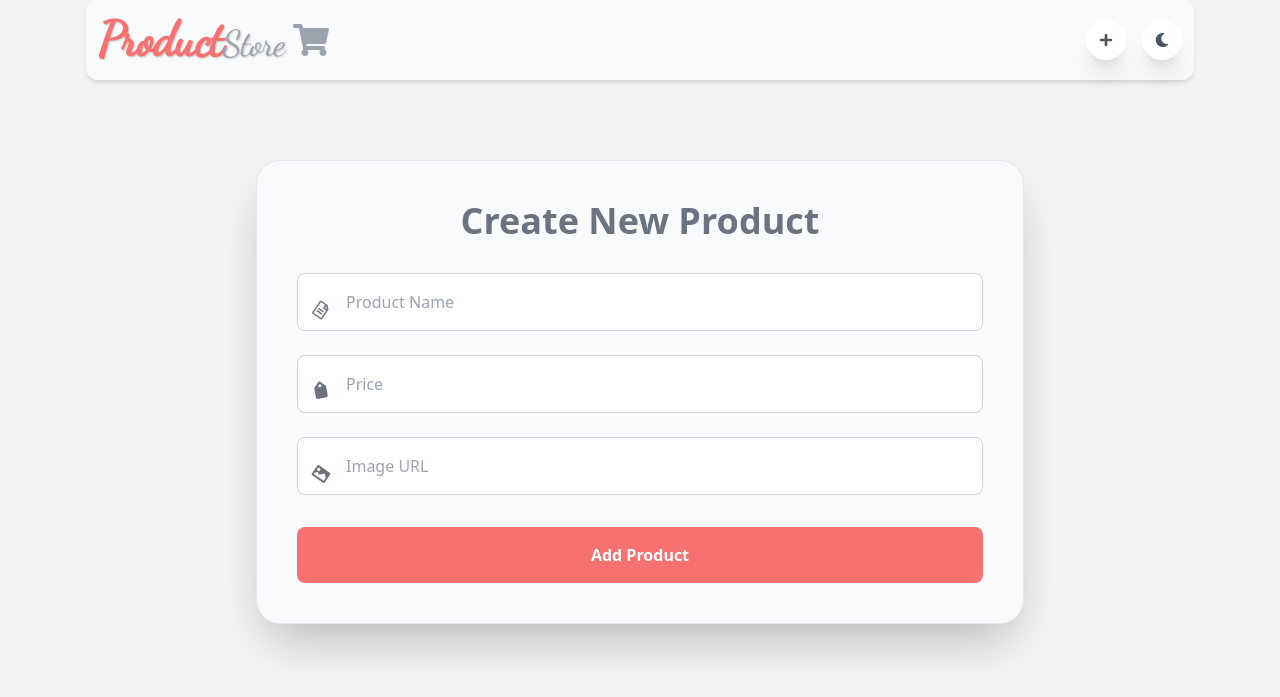
Repository: xarrkhan001/Mern-stack-Project
Page: /create (app in frontend/)
The author's editor kept a copy of each file at every save. The page is drawn from the files as they stood at one save, then again after the next save.
The browser window is 1280 px wide. The pictures show the whole page.
The project was rebuilt for these pictures with package versions that can differ from the ones it lists, and the page was loaded fresh each time. Also part of the build but not shown: frontend/vite.config.js, frontend/src/pages/HomePage.jsx.

Above is the page before, as saved 2025-03-06 13:21:48.

After the next save:
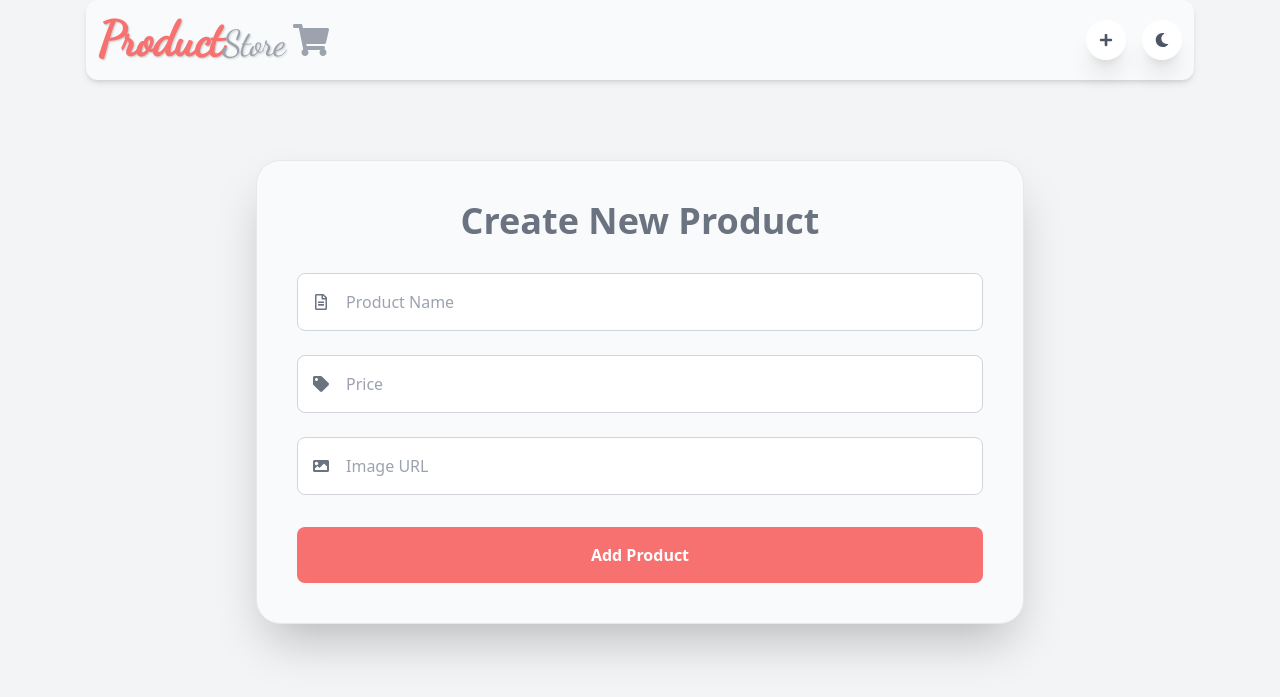
Saved 11 s later.
--- a/frontend/src/pages/CreatePage.jsx
+++ b/frontend/src/pages/CreatePage.jsx
@@ -50,13 +50,7 @@
               placeholder="Product Name"
               className="w-full p-4 pl-12 border border-gray-300 dark:border-gray-500 rounded-lg focus:outline-none focus:ring-2 focus:ring-red-200 dark:bg-gray-700 dark:text-gray-200 transition duration-300 ease-in-out"
             />
-            <motion.div
-              className="absolute left-4 top-1/2 transform -translate-y-1/2 text-gray-500 dark:text-gray-300"
-              animate={{ rotate: 360 }} // Rotate the icon
-              transition={{ duration: 5, repeat: Infinity, ease: "linear" }} // Continuous rotation every 5 seconds
-            >
-              <FaRegFileAlt />
-            </motion.div>
+            <FaRegFileAlt className="absolute left-4 top-1/2 transform -translate-y-1/2 text-gray-500 dark:text-gray-300" />
           </motion.div>
 
           {/* Product Price Field */}
@@ -74,13 +68,7 @@
               placeholder="Price"
               className="w-full p-4 pl-12 border border-gray-300 dark:border-gray-500 rounded-lg focus:outline-none focus:ring-2 focus:ring-red-200 dark:bg-gray-700 dark:text-gray-200 transition duration-300 ease-in-out"
             />
-            <motion.div
-              className="absolute left-4 top-1/2 transform -translate-y-1/2 text-gray-500 dark:text-gray-300"
-              animate={{ rotate: 360 }} // Rotate the icon
-              transition={{ duration: 5, repeat: Infinity, ease: "linear" }} // Continuous rotation every 5 seconds
-            >
-              <FaTag />
-            </motion.div>
+            <FaTag className="absolute left-4 top-1/2 transform -translate-y-1/2 text-gray-500 dark:text-gray-300" />
           </motion.div>
 
           {/* Image URL Field */}
@@ -98,13 +86,7 @@
               placeholder="Image URL"
               className="w-full p-4 pl-12 border border-gray-300 dark:border-gray-500 rounded-lg focus:outline-none focus:ring-2 focus:ring-red-200 dark:bg-gray-700 dark:text-gray-200 transition duration-300 ease-in-out"
             />
-            <motion.div
-              className="absolute left-4 top-1/2 transform -translate-y-1/2 text-gray-500 dark:text-gray-300"
-              animate={{ rotate: 360 }} // Rotate the icon
-              transition={{ duration: 5, repeat: Infinity, ease: "linear" }} // Continuous rotation every 5 seconds
-            >
-              <FaImage />
-            </motion.div>
+            <FaImage className="absolute left-4 top-1/2 transform -translate-y-1/2 text-gray-500 dark:text-gray-300" />
           </motion.div>
 
           {/* Submit Button */}
